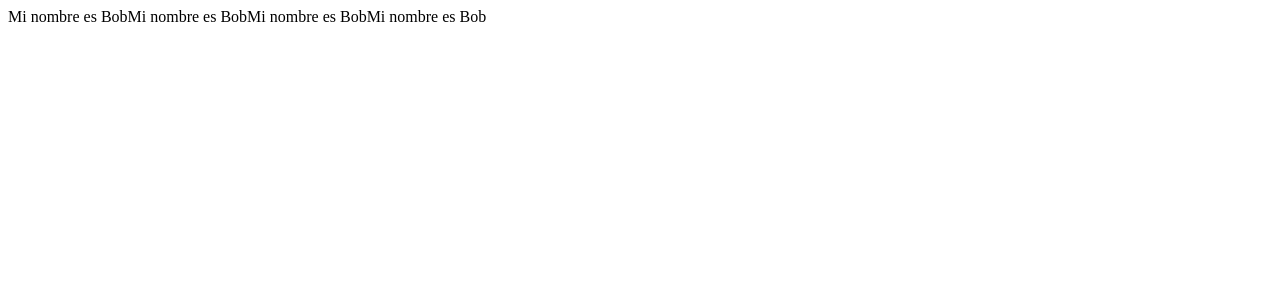
Repository: ebaglio/trabajophp
Page: http://localhost/variablesreferencia.php
An editor plug-in stored every save of this project. The page is shown before and after the next save, followed by the edit.
The browser window is 1280 px wide. The pictures show the whole page.
The page is run by PHP 8.4 with error messages shown; the project is at /var/www/html/.

Above is the page before, as saved 2012-05-02 12:12:45.

After the next save:
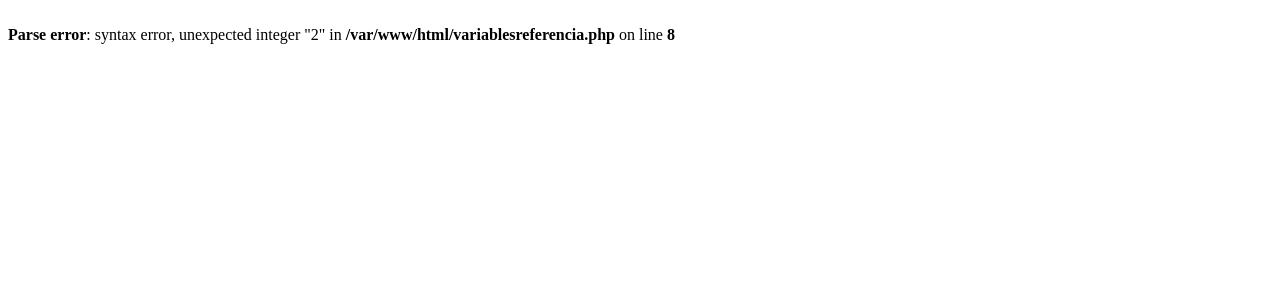
Saved 119 s later.
--- a/curso1/variablesreferencia.php
+++ b/curso1/variablesreferencia.php
@@ -5,10 +5,10 @@ $bar = "Mi nombre es $bar"; // Modifica $bar...
 echo $foo; // $foo también se modifica.
 echo $bar;
 
-$foo = 'Bob'; // Asigna el valor 'Bob' a $foo
-$bar = $foo; // Referencia $foo vía $bar.
-$bar = "Mi nombre es $bar"; // Modifica $bar...
+$foo1 = 'Bobo'2; // Asigna el valor 'Bob' a $foo
+$bar1 = $foo1; // Referencia $foo vía $bar.
+$bar1 = "Mi nombre es $bar1"; // Modifica $bar...
 echo $foo; // $foo también se modifica.
-echo $bar;
+echo $bar1;
 
 ?>
